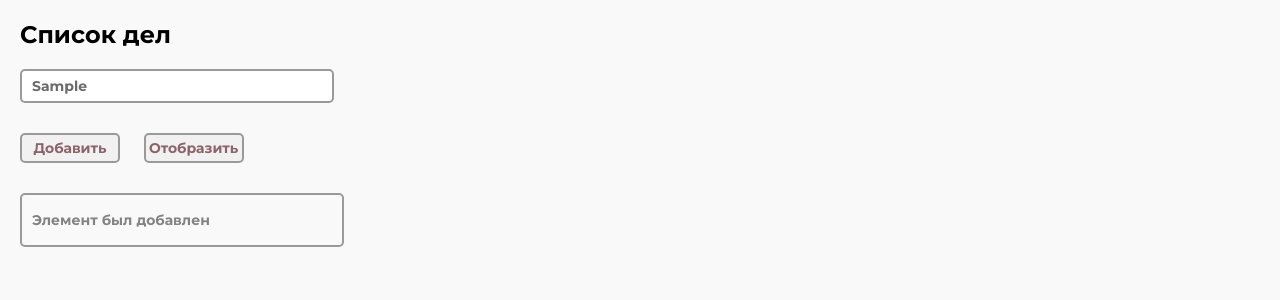
Repository: andbaik/it_unit9
Page: index.html
These files come from the project's save history. The page is drawn as it stood at one moment and after the next save; the edit follows.
The browser window is 1280 px wide. The pictures show the whole page.
Empty fields were first filled with sample values (such as "Sample", 5 or name@example.com).
After loading, the first visible `#add_btn` was clicked once.

Above is the page before, as saved 2021-04-10 20:41:41.

After the next save:
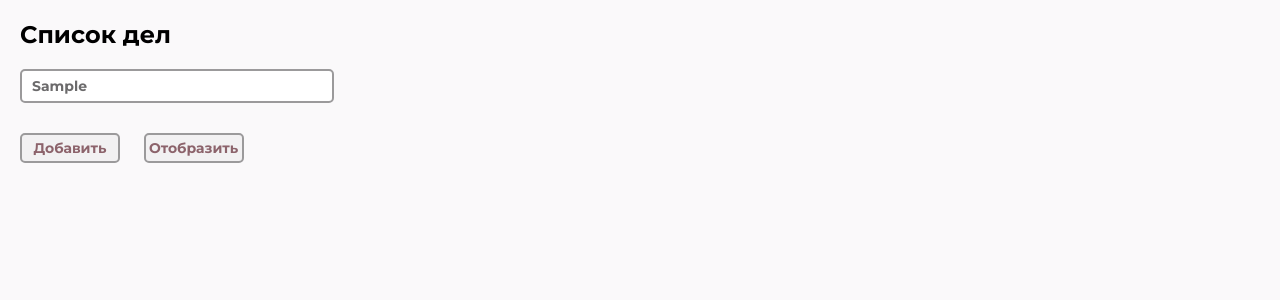
Saved 20 min 3 s later.
--- a/index.html
+++ b/index.html
@@ -24,7 +24,7 @@
     <script>
 
         $("#add_btn").on('click',function(){
-            $("#result").toggle();
+            $("#result").css;
         });
     </script>
 </body>
